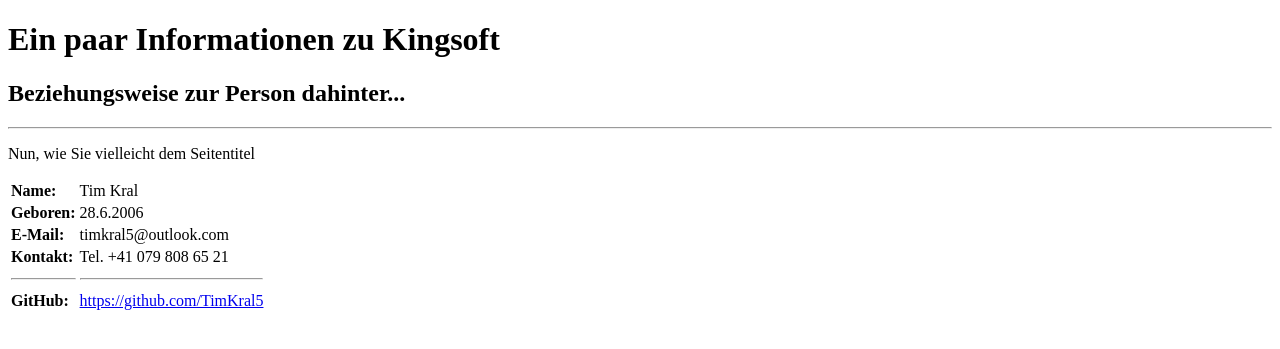
Repository: TimKral5/WikiPage
Page: Homepage/pages/about/about.htm
An editor plug-in stored every save of this project. The page is shown before and after the next save, followed by the edit.
The browser window is 1280 px wide. The pictures show the whole page.

Above is the page before, as saved 2022-11-10 23:12:20.

### Homepage/pages/about/about.htm
<!DOCTYPE html>
<html lang="en">

<head>
    <meta charset="UTF-8">
    <meta http-equiv="X-UA-Compatible" content="IE=edge">
    <meta name="viewport" content="width=device-width, initial-scale=1.0">
    <title>Test</title>

    <link rel="stylesheet" href="style.css">
</head>

<body>
    <h1>Ein paar Informationen zu Kingsoft</h1>
    <h2>Beziehungsweise zur Person dahinter...</h2>
    <hr>
    <p>
        Nun, wie Sie vielleicht dem Seitentitel
    </p>
    <table>
        <tr>
            <td><b>Name:</b></td>
            <td>Tim Kral</td>
        </tr>
        <tr>
            <td><b>Geboren:</b></td>
            <td>28.6.2006</td>
        </tr>
        <tr>
            <td><b>E-Mail:</b></td>
            <td>timkral5@outlook.com</td>
        </tr>
        <tr>
            <td><b>Kontakt:</b></td>
            <td>Tel. +41 079 808 65 21</td>
        </tr>
        <tr>
            <td><hr></td>
            <td><hr></td>
        </tr>
        <tr>
            <td><b>GitHub:</b></td>
            <td><a href="https://github.com/TimKral5">https://github.com/TimKral5</a></td>
        </tr>
    </table>
</body>

</html>

### Homepage/pages/about/style.css
table {
    font-size: 16px;
}

After the next save:
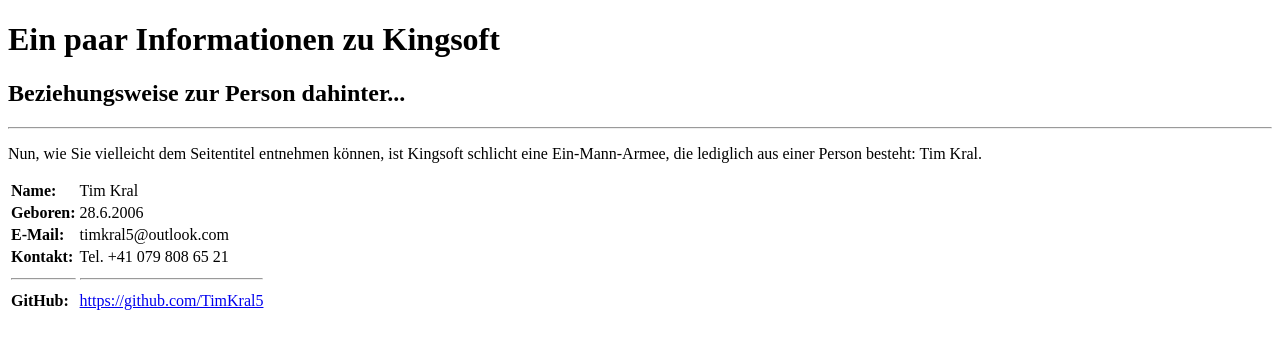
Saved 68 s later.
--- a/Homepage/pages/about/about.htm
+++ b/Homepage/pages/about/about.htm
@@ -15,7 +15,7 @@
     <h2>Beziehungsweise zur Person dahinter...</h2>
     <hr>
     <p>
-        Nun, wie Sie vielleicht dem Seitentitel
+        Nun, wie Sie vielleicht dem Seitentitel entnehmen können, ist Kingsoft schlicht eine Ein-Mann-Armee, die lediglich aus einer Person besteht: Tim Kral.
     </p>
     <table>
         <tr>
